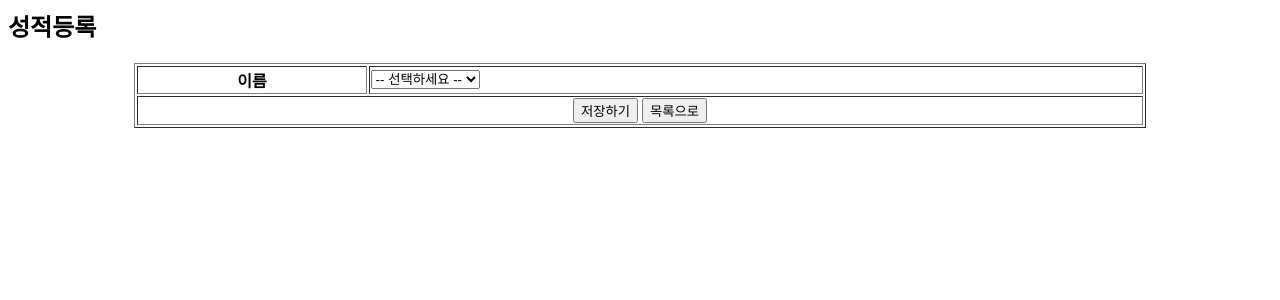
Repository: Mildous/HKIT-BackendClass
Page: http://localhost/jspTest/haksaSungjuk/view_sub.jsp
These files come from the project's save history. The page is drawn as it stood at one moment and after the next save; the edit follows.
The browser window is 1280 px wide. The pictures show the whole page.
The page is served by Tomcat 9. Other server files are loaded and not shown. Queries for data that is not in the repository find no rows.

Above is the page before, as saved 2022-08-17 05:00:30.

### workspace/jsp/jspTest/WebContent/haksaSungjuk/view_sub.jsp
<%@page import="haksaMember.model.dto.HaksaMemberDTO"%>
<%@page import="haksaMember.model.dao.HaksaMemberDAO"%>
<%@page import="haksaSungjuk.model.dto.HaksaSungjukDTO"%>
<%@page import="haksaSungjuk.model.dao.HaksaSungjukDAO"%>
<%@page import="java.util.ArrayList"%>
<%@ page language="java" contentType="text/html; charset=UTF-8"
    pageEncoding="UTF-8"%>

<h2>성적등록</h2>

<form name="DirForm">
<table border="1" width="80%" align="center">
	<tr>
		<th>이름</th>
		<td>
			<%
				HaksaMemberDAO memberDao = new HaksaMemberDAO();
				ArrayList<HaksaMemberDTO> mList = memberDao.getSelectAll();
			%>
			<select name="hakbun">
				<option value="" selected>-- 선택하세요 --</option>
				<%
					for(int i=0; i<mList.size(); i++) {
						HaksaMemberDTO dto = mList.get(i);

						String selectedValue = "";
						if(dto.getHakbun() == 0) {
							selectedValue = "selected";
						}
				%>
				<option value="<%= dto.getName() %>"><%= dto.getName() %></option>
				<%
					}
				%>
			</select>
		</td>
	</tr>
	<tr>
		<td colspan="2" align="center">
			<button type="button" onClick="formSubmit();">저장하기</button>
			<button type="button" onClick="location.href='list.jsp';">목록으로</button>
		</td>
	</tr>

</table>
</form>

<script>
function formSubmit() {
	if(confirm('저장할까요?')) {
		document.DirForm.action = "insertProc.jsp";
		document.DirForm.method = "post";
		document.DirForm.submit();
	}
}
</script>

### workspace/jsp/jspTest/src/haksaMember/model/dao/HaksaMemberDAO.java
package haksaMember.model.dao;

import java.sql.Connection;
import java.sql.PreparedStatement;
import java.sql.ResultSet;
import java.util.ArrayList;

import config.DB;
import haksaMember.model.dto.HaksaMemberDTO;

public class HaksaMemberDAO {

	Connection conn = null;
	PreparedStatement pstmt = null;
	ResultSet rs = null;
	String table_1 = "haksaMember";

	public ArrayList<HaksaMemberDTO> getSelectAll() {
		ArrayList<HaksaMemberDTO> list = new ArrayList<HaksaMemberDTO>();
		conn = DB.dbConn();
		try {
			String sql = "select * from " + table_1 + " order by hakbun desc";
			pstmt = conn.prepareStatement(sql);
			rs = pstmt.executeQuery();
			while(rs.next()) {
				HaksaMemberDTO resultDto = new HaksaMemberDTO();
				resultDto.setHakbun(rs.getInt("hakbun"));
				resultDto.setName(rs.getString("name"));
				resultDto.setPhone(rs.getString("phone"));
				resultDto.setParentPhone(rs.getString("parentPhone"));
				resultDto.setAddr1(rs.getString("addr1"));
				resultDto.setAddr2(rs.getString("addr2"));
				resultDto.setAddr3(rs.getString("addr3"));
				resultDto.setAddr4(rs.getString("addr4"));
				resultDto.setRegiDate(rs.getDate("regiDate"));
				list.add(resultDto);
			}
		} catch(Exception e) {
			//e.printStackTrace();
		} finally {
			DB.dbConnClose(rs, pstmt, conn);
		}
		return list;
	}

	public HaksaMemberDTO getSelectOne(HaksaMemberDTO paramDto) {
		HaksaMemberDTO resultDto = new HaksaMemberDTO();
		conn = DB.dbConn();
		try {
			String sql = "select * from " + table_1 + " where hakbun = ?";
			pstmt = conn.prepareStatement(sql);
			pstmt.setInt(1, paramDto.getHakbun());
			rs = pstmt.executeQuery();
			if(rs.next()) {
				resultDto.setHakbun(rs.getInt("hakbun"));
				resultDto.setName(rs.getString("name"));
				resultDto.setPhone(rs.getString("phone"));
				resultDto.setParentPhone(rs.getString("parentPhone"));
				resultDto.setAddr1(rs.getString("addr1"));
				resultDto.setAddr2(rs.getString("addr2"));
				resultDto.setAddr3(rs.getString("addr3"));
				resultDto.setAddr4(rs.getString("addr4"));
			}
		} catch(Exception e) {
			//e.printStackTrace();
		} finally {
			DB.dbConnClose(rs, pstmt, conn);
		}
		return resultDto;
	}

	public int setInsert(HaksaMemberDTO paramDto) {
		int result = 0;
		conn = DB.dbConn();
		try {
			String sql = "insert into " + table_1 + " values(seq_haksaMember.nextval, ?, ?, ?, ?, ?, ?, ?, sysdate)";
			pstmt = conn.prepareStatement(sql);
			pstmt.setString(1, paramDto.getName());
			pstmt.setString(2, paramDto.getPhone());
			pstmt.setString(3, paramDto.getParentPhone());
			pstmt.setString(4, paramDto.getAddr1());
			pstmt.setString(5, paramDto.getAddr2());
			pstmt.setString(6, paramDto.getAddr3());
			pstmt.setString(7, paramDto.getAddr4());
			result = pstmt.executeUpdate();
		} catch(Exception e) {
			//e.printStackTrace();
		} finally {
			DB.dbConnClose(rs, pstmt, conn);
		}
		return result;
	}

	public int setUpdate(HaksaMemberDTO paramDto) {
		int result = 0;
		conn = DB.dbConn();
		try {
			String sql = "update " + table_1 + " set phone = ?, parentPhone = ?, addr1 = ?, addr2 = ?, addr3 = ?, addr4 = ? where hakbun = ?";
			pstmt = conn.prepareStatement(sql);
			pstmt.setString(1, paramDto.getPhone());
			pstmt.setString(2, paramDto.getParentPhone());
			pstmt.setString(3, paramDto.getAddr1());
			pstmt.setString(4, paramDto.getAddr2());
			pstmt.setString(5, paramDto.getAddr3());
			pstmt.setString(6, paramDto.getAddr4());
			pstmt.setInt(7, paramDto.getHakbun());
			result = pstmt.executeUpdate();
		} catch(Exception e) {
			//e.printStackTrace();
		} finally {
			DB.dbConnClose(rs, pstmt, conn);
		}
		return result;
	}

	public int setDelete(HaksaMemberDTO paramDto) {
		int result = 0;
		conn = DB.dbConn();
		try {
			String sql = "delete from " + table_1 + " where hakbun = ?";
			pstmt = conn.prepareStatement(sql);
			pstmt.setInt(1, paramDto.getHakbun());
			result = pstmt.executeUpdate();
		} catch(Exception e) {
			//e.printStackTrace();
		} finally {
			DB.dbConnClose(rs, pstmt, conn);
		}
		return result;
	}
}

### workspace/jsp/jspTest/src/config/DB.java
package config;

import java.sql.Connection;
import java.sql.DriverManager;
import java.sql.PreparedStatement;
import java.sql.ResultSet;

public class DB {
	public static Connection dbConn() {
		String dbDriver = "oracle.jdbc.driver.OracleDriver";
		String dbUrl = "jdbc:oracle:thin:@localhost:1521/xe";
		String dbId = "jspTest";
		String dbPasswd = "1234";

		Connection conn = null;

		try {
			Class.forName(dbDriver);
		} catch(Exception e) {
			//e.printStackTrace();
			System.out.println("-- 오라클 드라이버 오류 --");
		}

		try {
			conn = DriverManager.getConnection(dbUrl, dbId, dbPasswd);
		} catch(Exception e) {
			//e.printStackTrace();
			System.out.println("-- 오라클 접속 오류 --");
		}
		return conn;
	}

	public static void dbConnClose(ResultSet rs, PreparedStatement pstmt, Connection conn) {

		try {
			if(rs != null) { rs.close(); }
		} catch(Exception e) {
			//e.printStackTrace();
		}

		try {
			if(pstmt != null) { pstmt.close(); }
		} catch(Exception e) {
			//e.printStackTrace();
		}

		try {
			if(conn != null) { conn.close(); }
		} catch(Exception e) {
			//e.printStackTrace();
		}
	}
}

After the next save:
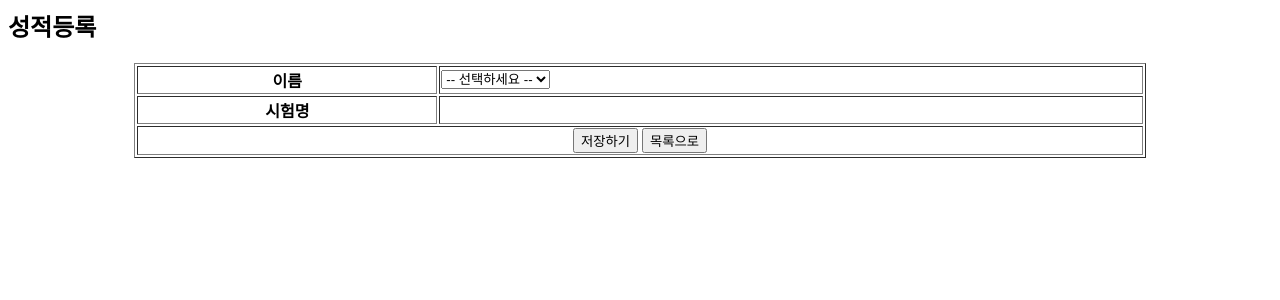
Saved 21 s later.
--- a/workspace/jsp/jspTest/WebContent/haksaSungjuk/view_sub.jsp
+++ b/workspace/jsp/jspTest/WebContent/haksaSungjuk/view_sub.jsp
@@ -36,6 +36,11 @@
 		</td>
 	</tr>
 	<tr>
+		<th>시험명</th>
+		<td>
+		</td>
+	</tr>
+	<tr>
 		<td colspan="2" align="center">
 			<button type="button" onClick="formSubmit();">저장하기</button>
 			<button type="button" onClick="location.href='list.jsp';">목록으로</button>
